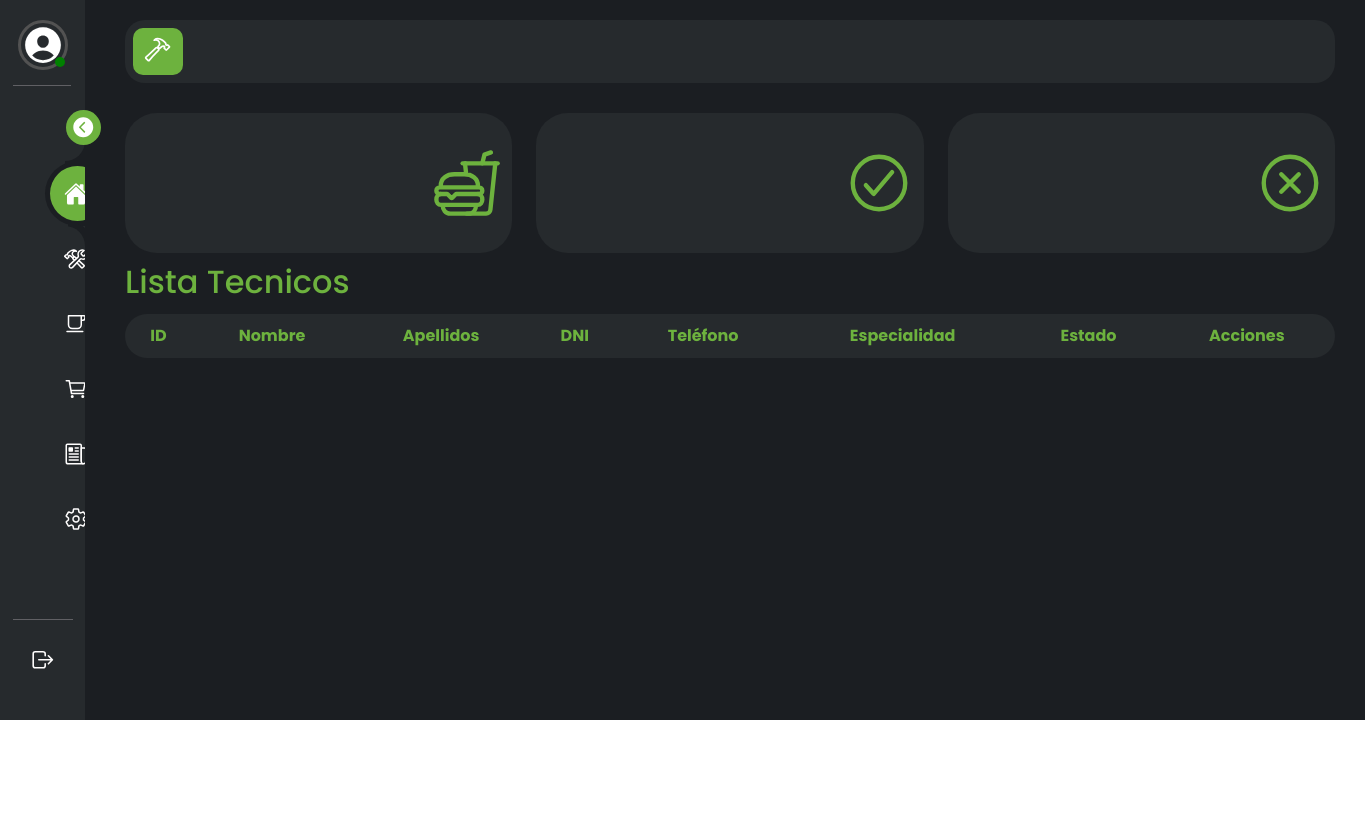
Repository: luisfelipe2023/warmisitAI
Page: http://localhost/tecnicos-lista
An editor plug-in stored every save of this project. The page is shown before and after the next save, followed by the edit.
The browser window is 1280 px wide. The page is 1365 px wide, so the pictures cover 1365 px, including what lies to the right of the window. The pictures show the whole page.
The page is this project's Thymeleaf template; nobody is signed in. The template is opened directly, without the code that normally fills it, so the values that code supplies are empty.

Above is the page before, as saved 2023-11-17 22:33:56.

After the next save:
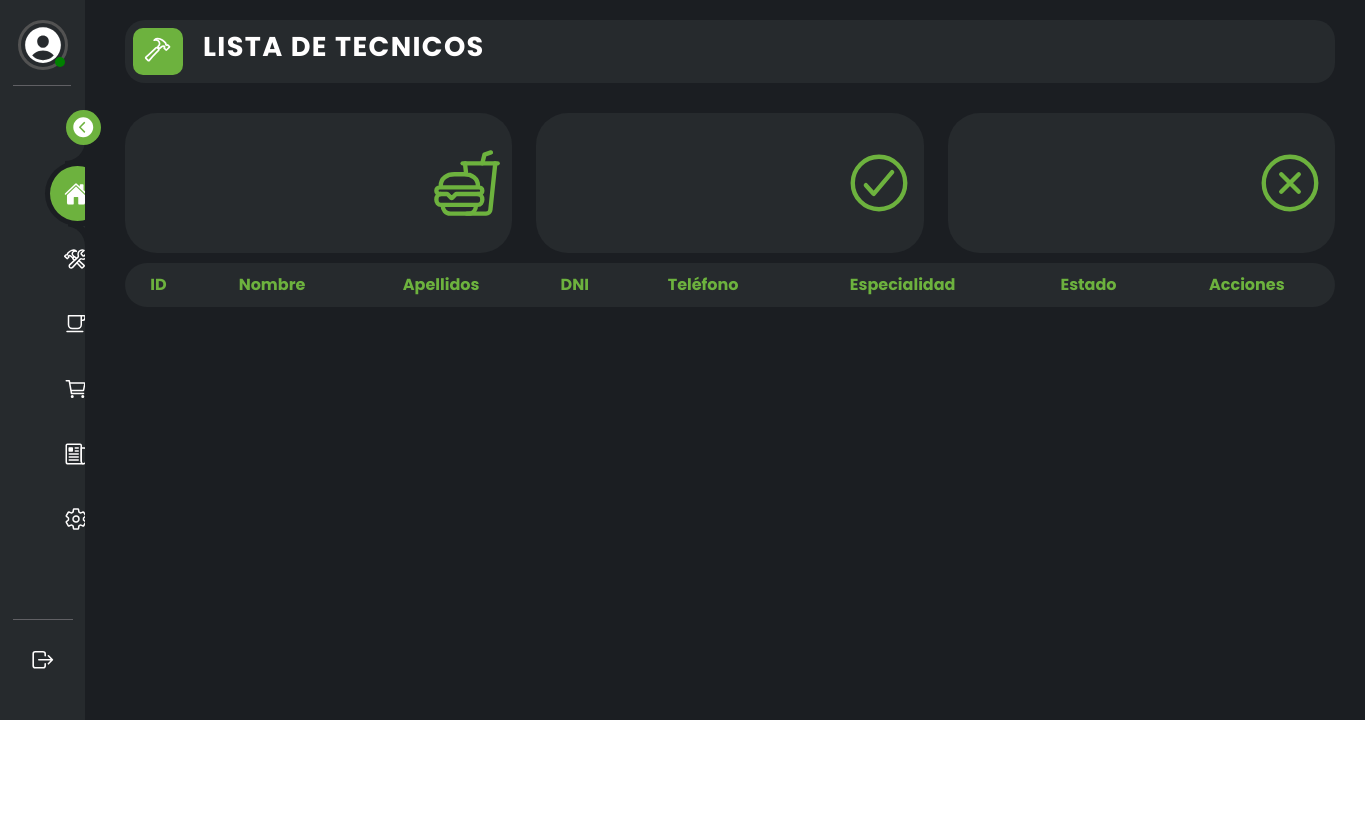
Saved 99 s later.
--- a/warmisitAI/src/main/resources/templates/tecnicos-lista.html
+++ b/warmisitAI/src/main/resources/templates/tecnicos-lista.html
@@ -124,7 +124,7 @@
                     <div class="icono">
                         <ion-icon name="hammer-outline"></ion-icon>
                     </div>
-
+                    <h2>Lista de Tecnicos</h2>
                 </div>
 
                <div class="panel-insights">
@@ -145,7 +145,7 @@
                </div>
 
                <div class="table-container">
-                    <h2>Lista Tecnicos</h2>
+
 
                     <table>
         <thead>
